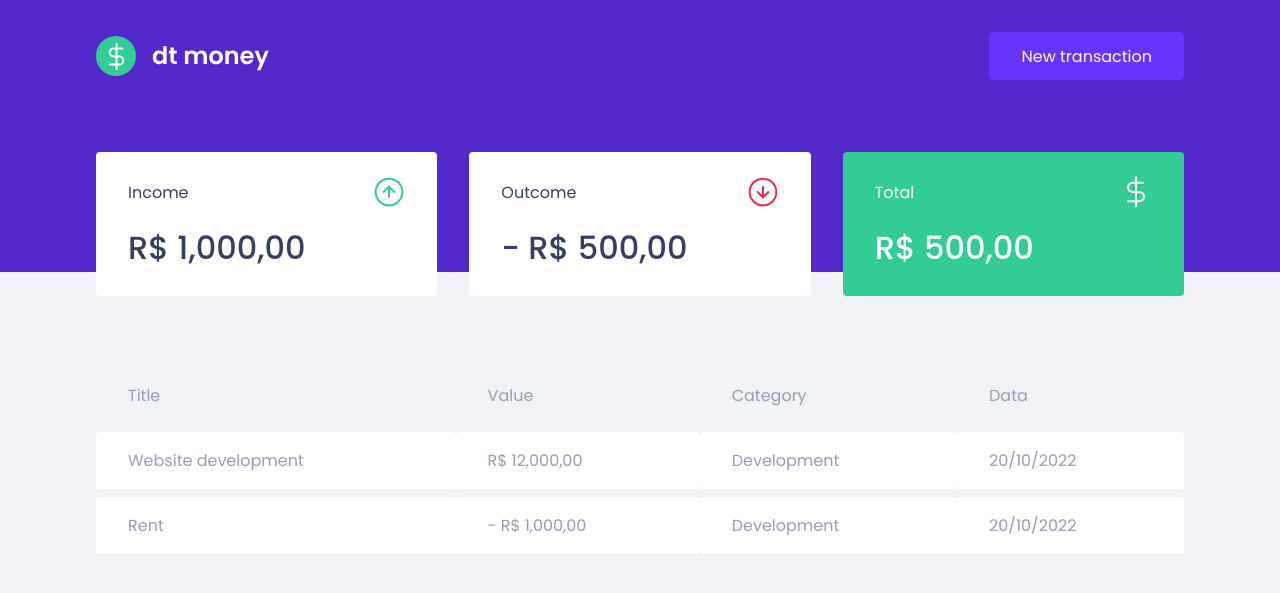
Repository: JoseGu1llardi/dtmoney
Page: /
The author's editor kept a copy of each file at every save. The page is drawn from the files as they stood at one save, then again after the next save.
The browser window is 1280 px wide. The pictures show the whole page.
The project was rebuilt for these pictures with package versions that can differ from the ones it lists, and the page was loaded fresh each time.

Above is the page before, as saved 2022-12-30 20:12:42.

### public/index.html
<!DOCTYPE html>
<html lang="en">
  <head>
    <link rel="preconnect" href="https://fonts.googleapis.com" />
    <link rel="preconnect" href="https://fonts.gstatic.com" crossorigin />

    <meta charset="utf-8" />
    <meta name="viewport" content="width=device-width, initial-scale=1" />

    <link
      href="https://fonts.googleapis.com/css2?family=Poppins:wght@400;500;600&display=swap"
      rel="stylesheet"
    />

    <link rel="shortcut icon" href="favicon.png" type="image/png" />

    <title>Guillardi Money</title>
  </head>
  <body>
    <noscript>You need to enable JavaScript to run this app.</noscript>
    <div id="root"></div>
  </body>
</html>

### src/index.tsx
import { StrictMode } from 'react';
import { createRoot } from 'react-dom/client';
import { App } from './App';

const root = createRoot(
  document.getElementById('root') as HTMLElement
);
root.render(
  <StrictMode>
    <App />
  </StrictMode>
);

### src/App.tsx
import { Dashboard } from "./components/Dashboard";
import { Header } from "./components/Header";

import { GlobalStyle } from "./styles/global";

export function App() {
  return (
    <>
      <Header />
      <Dashboard />
      <GlobalStyle />
    </>
  );
}

### src/components/Dashboard/index.tsx
import { Summary } from "../Summary";
import { TransactionTable } from "../TransactionsTable";

import { Container } from "./styles";


export function Dashboard() {
    return (
        <Container>
            <Summary />
            <TransactionTable />
        </Container>
    )
}

### src/components/Header/index.tsx
import logoImg from '../../assets/logo.svg'
import { Container, Content } from './styles'

export function Header() {
    return (
        <Container>
            <Content>
                <img src={logoImg} alt="Logo Guillardi Money" />
                <button>
                    New transaction
                </button>
            </Content>
        </Container>
    )
}

### src/styles/global.ts
import { createGlobalStyle } from "styled-components";

export const GlobalStyle = createGlobalStyle`
    :root {
        --background: #F0F2F5;
        --red: #e52e4d;
        --blue: #5429cc;
        --green: #33cc95;

        --blue-light: #6933ff;

        --text-title: #363f5f;
        --text-body: #969cb3;

        --background: #f0f2f5;
        --shape: #ffffff;
    }

    * {
        margin: 0;
        padding: 0;
        box-sizing: border-box;
    }

    html {
        @media (max-width: 1080px) {
            font-size: 93.75%;

        @media (max-width: 720px) {
            font-size: 87.5%;
        }
    }

    }

    body {
        background: var(--background);
        -webkit-font-smoothing: antialiased;
    }

    body, input, textarea, button {
        font-family: 'Poppins', sans-serif;
        font-weight: 400;
    }

    h1, h2, h3, h4, h5, h6, strong {
        font-weight: 600;
    }

    button {
        cursor: pointer;
    }

    [disabled] {
        opacity: 0.6;
        cursor: not-allowed;
    }
`;

### src/components/Summary/index.tsx
import { Container } from './styles';

import incomeImg from '../../assets/income.svg';
import outcomeImg from '../../assets/outcome.svg';
import totalImg from '../../assets/total.svg';

export function Summary() {
    return (
        <Container>
            <div>
                <header>
                    <p>Income</p>
                    <img src={incomeImg} alt="Logo income" />
                </header>
                <strong>R$ 1,000,00</strong>
            </div>

            <div>
                <header>
                    <p>Outcome</p>
                    <img src={outcomeImg} alt="Logo outcome" />
                </header>
                <strong>- R$ 500,00</strong>
            </div>

            <div className="highlight-background">
                <header>
                    <p>Total</p>
                    <img src={totalImg} alt="Logo total" />
                </header>
                <strong>R$ 500,00</strong>
            </div>
        </Container>
    )
}

### src/components/TransactionsTable/index.tsx
import { Container } from './styles';

export function TransactionTable() {
    return (
        <Container>
            <table>
                <thead>
                    <tr>
                        <th>Title</th>
                        <th>Value</th>
                        <th>Category</th>
                        <th>Data</th>
                    </tr>
                </thead>

                <tbody>
                    <tr>
                        <td>Website development</td>
                        <td className='deposit'>R$ 12,000,00</td>
                        <td>Development</td>
                        <td>20/10/2022</td>
                    </tr>

                    <tr>
                        <td>Rent</td>
                        <td className="withdraw">- R$ 1,000,00</td>
                        <td>Development</td>
                        <td>20/10/2022</td>
                    </tr>

                </tbody>
            </table>
        </Container>
    )
}

### src/components/Header/styles.ts
import styled from "styled-components";

export const Container = styled.header`
  background: var(--blue);
`;

export const Content = styled.div`
  max-width: 1120px;
  margin: 0 auto;

  padding: 2rem 1rem 12rem;
  display: flex;
  align-items: center;
  justify-content: space-between;

  button {
    font-size: 1rem;
    color: white;
    background: var(--blue-light);
    border: 0;
    padding: 0 2rem;
    border-radius: 0.25rem;
    height: 3rem;

    transition: filter 0.2s;

    &:hover {
      filter: brightness(0.9);
    }
  }
`;

### src/components/Summary/styles.ts
import styled from "styled-components";

export const Container = styled.div`
  display: grid;
  grid-template-columns: repeat(3, 1fr);
  gap: 2rem;
  margin-top: -10rem;

  div {
    background: var(--shape);
    padding: 1.5rem 2rem;
    border-radius: 0.25rem;
    color: var(--text-title);

    header {
      display: flex;
      align-items: center;
      justify-content: space-between;
    }

    strong {
      display: block;
      margin-top: 1rem;
      font-size: 2rem;
      font-weight: 500;
    }

    &.highlight-background {
      background: var(--green);
      color: white;
    }
  }
`;

### src/components/TransactionsTable/styles.ts
import styled from "styled-components";

export const Container = styled.div`
  margin-top: 4rem;

  table {
    width: 100%;
    border-spacing: 0 0.5rem;

    th {
      color: var(--text-body);
      font-weight: 400;
      padding: 1rem 2rem;
      text-align: left;
      line-height: 1.5rem;
    }

    td {
      padding: 1rem 2rem;
      border: 0;
      background: var(--shape);
      color: var(--text-body);
      border-radius: 0.25rem;

      &first-child {
        color: var(--text-title);
      }
    }
  }
`;

Loaded but not shown: src/components/Dashboard/styles.ts (common file)

After the next save:
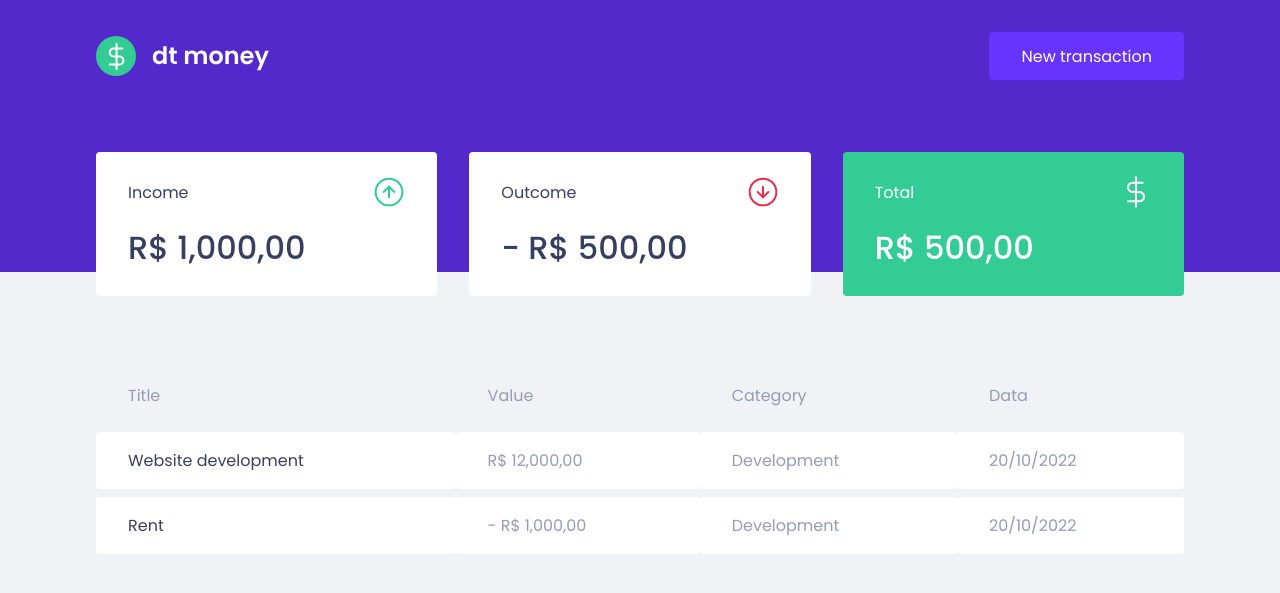
Saved 2 min 40 s later.
--- a/src/components/TransactionsTable/styles.ts
+++ b/src/components/TransactionsTable/styles.ts
@@ -22,7 +22,7 @@ export const Container = styled.div`
       color: var(--text-body);
       border-radius: 0.25rem;
 
-      &first-child {
+      &:first-child {
         color: var(--text-title);
       }
     }
